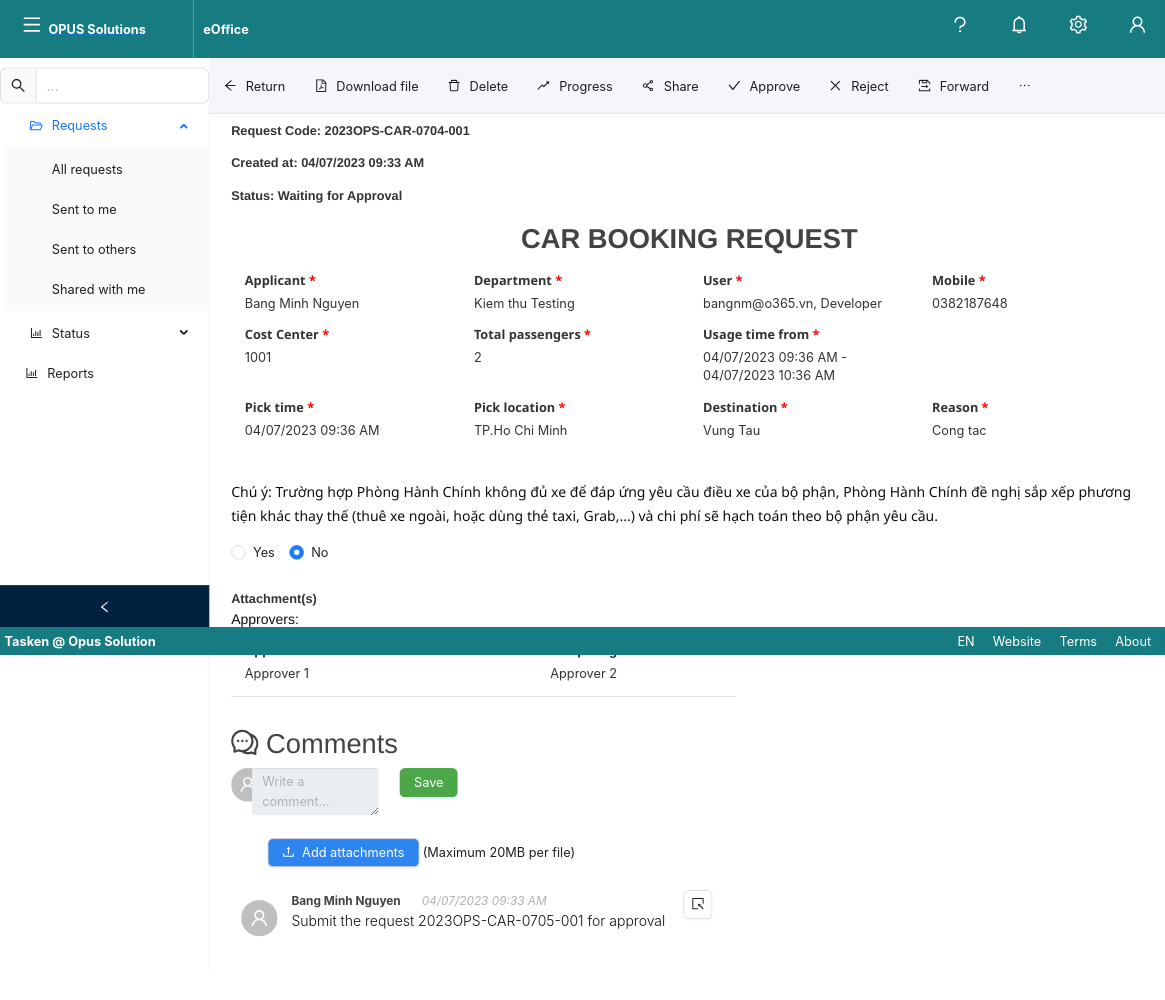
Repository: vannam272008/car-booking
Page: /request/detail
An editor plug-in stored every save of this project. The page is shown before and after the next save, followed by the edit.
The browser window is 1280 px wide. The pictures show the whole page, at 91% of full size.
The project was rebuilt for these pictures with package versions that can differ from the ones it lists, and the page was loaded fresh each time. Also part of the build but not shown: src/Pages/ManageRequest/index.css, src/Pages/ManageRequest/ManageRequest.tsx, src/Components/AddRequest/MenuAdd/index.tsx, src/Components/AddRequest/AddRequest/addRequest.css, src/Components/AddRequest/AddRequest/index.tsx. Imported but missing from the stored project, and not drawn on this page: src/Pages/Home.

Above is the page before, as saved 2023-07-09 22:06:08.

### src/index.tsx
import React from 'react';
import ReactDOM from 'react-dom/client';
import './index.css';
import App from './App';
import reportWebVitals from './reportWebVitals';
import { BrowserRouter } from 'react-router-dom';
import { Provider } from 'react-redux';
import { configureStore } from '@reduxjs/toolkit';
import requestReducer from './Reducers/requestReducer';
import { store } from './Store/store';


const root = ReactDOM.createRoot(
  document.getElementById('root') as HTMLElement
);
root.render(
  <Provider store={store}>
    <React.StrictMode>
      <BrowserRouter>
        <App />
      </BrowserRouter>
    </React.StrictMode>
  </Provider>
);

// If you want to start measuring performance in your app, pass a function
// to log results (for example: reportWebVitals(console.log))
// or send to an analytics endpoint. Learn more: https://bit.ly/CRA-vitals
reportWebVitals();

### src/App.tsx
import { Route, Routes } from 'react-router-dom';
import './App.css';
import Home from './Pages/Home';
import DetailRequest from './Components/DetailRequest/DetailRequest/detailRequest';
import ManageRequest from './Pages/ManageRequest/ManageRequest';
import AddRequest from './Components/AddRequest/AddRequest';


function App() {
  return (
    <Routes>
      <Route path="/" element={<Home />} />
      <Route path="/request/carbooking" element={<ManageRequest />} />
      <Route path="/request/detail" element={<DetailRequest />} />
      <Route path='/request/addrequest' element={<AddRequest />} />
      {/* <Route path="/employee/create" element={<AddEmployee />} />
        <Route path="/department/create" element={<AddDepartment />} /> */}
    </Routes>
  );
}

export default App;

### src/Store/store.ts
import requestReducer from "../Reducers/requestReducer";
import { configureStore, createStore } from "@reduxjs/toolkit";


// export const store = configureStore({
//     reduder: {
//         request: requestReducer
//     }
// });

export const store = createStore(requestReducer);

### src/Reducers/requestReducer.ts
// interface RequestState {
//     requestList: string[]
// }

const initState = {
    requestList: [],
    success: true,
}

const requestReducer = (state = initState, action: { type: any; payload: any }) => {
    switch (action.type) {
        case 'SET_REQUEST_LIST':
            return {
                ...state,
                requestList: action.payload,
                success: false
            }
        default:
            return state
    }
}

export default requestReducer

### src/Components/DetailRequest/Comments/comment.tsx
import { CommentOutlined, UserOutlined, UploadOutlined, SelectOutlined } from '@ant-design/icons';
import { Input, Button, Avatar, Row, Col, Upload, } from 'antd';
import './comment.css'
import { useState } from 'react';

interface CommentItem {
    author: string;
    content: string;
    datetime: string;
    id: string;
}

function Comment(): JSX.Element {

    const [newComment, setNewComment] = useState('');

    const [newReply, setNewReply] = useState('');

    const [showReplyForm, setShowReplyForm] = useState(false);

    const [replyToCommentId, setReplyToCommentId] = useState<string | null>(null);

    const [comments, setComments] = useState<CommentItem[]>([
        {
            author: 'Bang Minh Nguyen',
            content: 'Submit the request 2023OPS-CAR-0705-001 for approval',
            datetime: '04/07/2023 09:33 AM',
            id: '04/07/2023 09:33 AM',
        },
    ]);

    const [replyComments, setReplyComments] = useState<CommentItem[]>([]);

    const handleSaveComment = () => {
        if (newComment) {
            const comment: CommentItem = {
                author: 'Bang Minh Nguyen',
                content: newComment,
                datetime: new Date().toLocaleString(),
                id: new Date().toLocaleString(),
            };
            setShowReplyForm(false);
            setComments([...comments, comment]);
            setNewComment('');
            // setReplyToCommentId(null);
            // console.log(comments);
        }
    };

    const handleSaveReply = () => {
        if (newReply) {
            const replyComment: CommentItem = {
                author: 'Bang Minh Nguyen',
                content: newReply,
                datetime: new Date().toLocaleString(),
                id: new Date().toLocaleString(),
            };
            setShowReplyForm(false);
            setReplyComments([...replyComments, replyComment]);
            setNewReply('');
            setReplyToCommentId(null);
        }
    }

    const handleCancelComment = () => {
        setShowReplyForm(false);
    }

    const handleReplyClick = (commentId: string) => {
        setShowReplyForm(true);
        setReplyToCommentId(commentId);
    };

    return (
        <div className='comments-detail-request'>
            <div className='title-comment'>
                <CommentOutlined className='icon-comment' />
                <span> Comments</span>
            </div>
            {!showReplyForm && (
                <div>
                    <Row className='row-comment-box'>
                        <Col span={1}>
                            <Avatar size={37} icon={<UserOutlined />} className='avatar-comment' />
                        </Col>
                        <Col span={6}>
                            <Input.TextArea
                                className='input-comment'
                                placeholder='Write a comment...'
                                value={newComment}
                                onChange={(e) => setNewComment(e.target.value)}
                            />
                        </Col>
                        <Col span={1}></Col>
                        <Col span={2}>
                            <Button className='btn-comment' type="primary" onClick={handleSaveComment}>Save</Button>
                        </Col>
                    </Row>
                    <Upload className='upload-comment'>
                        <Button icon={<UploadOutlined />} style={{ backgroundColor: 'rgb(47,133,239)', color: 'white' }}>Add attachments</Button>
                        <span> (Maximum 20MB per file)</span>
                    </Upload>
                </div>
            )}

            <div className='comments'>
                {comments.map((comment, index) => (
                    <Row className='comment' key={comment.id}>
                        <Col span={2} className="comment-avatar">
                            <Avatar size={40} icon={<UserOutlined />} />
                        </Col>
                        <Col span={18}>
                            <span className="comment-author">{comment.author}</span>
                            <span className="comment-date">{comment.datetime}</span>
                            <div className="comment-content">{comment.content}</div>
                        </Col>
                        {!showReplyForm && (
                            <Col span={2} className='comment-reply'>
                                <Button icon={<SelectOutlined />} onClick={() => handleReplyClick(comment.id)}></Button>
                            </Col>
                        )}
                        {showReplyForm && replyToCommentId === comment.id && (
                            <div className='reply-comment'>
                                <div className='reply-row'>
                                    <span className="comment-avatar">
                                        <Avatar size={40} icon={<UserOutlined />} />
                                    </span>
                                    <span>
                                        <Input.TextArea
                                            className='input-comment'
                                            placeholder='Write a reply...'
                                            value={newReply}
                                            onChange={(e) => setNewReply(e.target.value)}
                                        />
                                    </span>
                                    <span>
                                        <Button className='btn-comment btn-save' type="primary" onClick={handleSaveReply}>Save</Button>
                                    </span>
                                    <span>
                                        <Button className='btn-comment btn-cancel' type="primary" onClick={handleCancelComment}>Cancel</Button>
                                    </span>
                                </div>
                                <div className='reply-upload-comment'>
                                    <Upload className='upload-comment'>
                                        <Button icon={<UploadOutlined />} style={{ backgroundColor: 'rgb(47,133,239)', color: 'white' }}>Add attachments</Button>
                                        <span> (Maximum 20MB per file)</span>
                                    </Upload>
                                </div>
                            </div>
                        )}
                        <div>
                            {replyComments.map((replyComment, index) => (
                                <Row className='reply-comment-row' key={replyComment.id}>
                                    <Col span={2} className="comment-avatar">
                                        <Avatar size={40} icon={<UserOutlined />} />
                                    </Col>
                                    <Col span={15}>
                                        <span className="comment-author">{replyComment.author}</span>
                                        <span className="comment-date">{replyComment.datetime}</span>
                                        <div className="comment-content">{replyComment.content}</div>
                                    </Col>
                                </Row>
                            ))}
                        </div>
                    </Row>
                ))}
            </div>
        </div >
    );
}

export default Comment;

### src/Components/DetailRequest/Menu/menu.tsx
import React from 'react';
import { Menu } from 'antd';
import './menu.css'
import {
    ArrowLeftOutlined,
    FilePdfOutlined,
    DeleteOutlined,
    RiseOutlined,
    ShareAltOutlined,
    CheckOutlined,
    CloseOutlined,
    DeliveredProcedureOutlined,
    EllipsisOutlined
} from '@ant-design/icons';

function MenuRequest(): JSX.Element {
    return (
        <div>
            <Menu mode="horizontal" className='fixed-menu'>
                <Menu.Item key="return" icon={<ArrowLeftOutlined />}>
                    Return
                </Menu.Item>
                <Menu.Item key="download" icon={<FilePdfOutlined />}>
                    Download file
                </Menu.Item>
                <Menu.Item key="delete" icon={<DeleteOutlined />}>
                    Delete
                </Menu.Item>
                <Menu.Item key="progress" icon={<RiseOutlined />}>
                    Progress
                </Menu.Item>
                <Menu.Item key="share" icon={<ShareAltOutlined />}>
                    Share
                </Menu.Item>
                <Menu.Item key="approve" icon={<CheckOutlined />}>
                    Approve
                </Menu.Item>
                <Menu.Item key="reject" icon={<CloseOutlined />}>
                    Reject
                </Menu.Item>
                <Menu.Item key="forward" icon={<DeliveredProcedureOutlined />}>
                    Forward
                </Menu.Item>
                <Menu.Item key="ellipsis" icon={<EllipsisOutlined />}>
                </Menu.Item>
            </Menu>
        </div>
    );
}

export default MenuRequest;

### src/Components/RequestLayout/index.jsx
import React, { useState } from 'react';
import { LaptopOutlined, NotificationOutlined, UserOutlined } from '@ant-design/icons';
import { Layout, theme } from 'antd';
import AppHeader from '../../Components/AppHeader';
import AppSider from '../../Components/AppSider';
import AppFooter from '../../Components/AppFooter';

import "./RequestLayout.scss";

const { Content } = Layout;

const RequestLayout = ({ profile, children }) => {
    const {
        token: { colorBgContainer },
    } = theme.useToken();

    return (
        <div className='manage-request'>
            <AppHeader />
            <Content>
                <Layout style={{ padding: '24px 0', backgroundColor: colorBgContainer }}>
                    <AppSider profile={profile} />
                    <Layout style={{ padding: '24px 0px',backgroundColor: colorBgContainer}}>
                        <Content style={{ padding: '0 24px', minHeight: 280 }}>
                            {children()}
                        </Content>
                    </Layout>
                </Layout>
            </Content>
            <AppFooter />
        </div>


    );
};

export default RequestLayout;

### src/Components/DetailRequest/DetailRequest/detailRequest.css
*{
    box-sizing: border-box;
  }
  .required {
    color: red;
  }
  .page-detail-request{
    min-height: calc(100vh - 83px);
    transition: all 0.3s;
    background-color: #ffffff;
    font-family: "Helvetica Neue",Helvetica,Arial,sans-serif;
    font-size: 14px;
    line-height: 1.42857143;
    color: #333;
    background-color: #fff;
  }

  .info-detail-request{
    margin-top: 85px;
    margin-right: -20px;
    padding-right: 15px;
  }

  .info-basic-detail-request p{
    width: 100%;
    font-weight: 700;
  }

  .title-detail-request{
    color: #434343;
    text-align: center;
    font-size: 30px;
    margin-top: 20px;
    margin-bottom: 20px;
    font-family: inherit;
    font-weight: 500;
    line-height: 1.1;
    font-weight: 700;
  }

  .content-detail-request{
    font-family: "Segoe UI";
    font-size: 14px;
    line-height: 1.42857143;
  }

  .col-detail-request{
    margin-bottom: 15px;
    position: relative;
    min-height: 1px;
    padding-right: 15px;
    padding-left: 15px;
  }

  .col-detail-request label{
    display: inline-block;
    max-width: 100%;
    margin-bottom: 5px;
    font-weight: 700;
    cursor: default;
    font-family: "Segoe UI";
  }
  .attention-detail-request{
    margin-top: 30px;
    margin-bottom: 30px;
    font-family: "Segoe UI";
  }

  .attention-detail-request  p{
    font-size: 1.1em;
    font-weight: 300;
    line-height: 1.7em;
    color: #130e0e;
  }

  .list-approvers p{
    font-size: 1.1em;
    font-weight: 300;
    line-height: 1.7em;
    color: #130e0e;
    margin: 0 0 10px;
  }

  .approver{
    margin-bottom: 15px;
    position: relative;
    min-height: 1px;
    padding-right: 15px;
    padding-left: 15px;
  }

  .approver  label{
    display: inline-block;
    max-width: 100%;
    margin-bottom: 5px;
    font-weight: 700;
    cursor: default;
  }

### src/Components/DetailRequest/Comments/comment.css
.comments-detail-request{
    max-width: 555px;
    padding: 15px 0;
    border-top: 1px solid #DDDDDD;
}
.title-comment{
    color: #434343 !important;
    font-size: 30px;
    margin-top: 20px;
    margin-bottom: 10px;
    font-family: inherit;
    font-weight: 500;
    line-height: 1.1;
}
.row-comment-box{
    margin-bottom: 25px;
}
.input-comment{
    width: 100%;
    border: none;
    background: #EBEEF0;
    font-size: 14px;
    line-height: 1.42857143;
    color: #555;
    border-radius: 4px;
    box-shadow: inset 0 1px 1px rgba(0,0,0,.075);
}
.btn-comment{
    background-color: rgb(75,167,71);
    color: white;
}
.upload-comment{
    padding-left: 40px;
}
.reply-upload-comment{
    margin-top: 15px;
}
.comments{
    margin-top: 25px;
}
.comment-avatar{
    float: left;
    width: 40px;
    padding: 1px;
    margin-top: 10px;
    margin-right: 10px;
    margin-left: 10px;
}
.comment-reply{
    width: 65px;
    text-align: right;
}
.comment-content{
    font-size: 1.1em;
    font-weight: 300;
    line-height: 1.7em;
    color: #130e0e;
    margin: 0 0 10px;
}
.comment-author{
    font-weight: 700;
    margin-right: 8px;
    color: #434343;
    font-size: 13px;
    line-height: 1.7em;
}
.comment-date{
    font-size: 13px;
    margin-left: 15px;
    color: #b4afb2;
    font-style: italic;
}
.reply-comment{
    width: 100%;
    border-top: 1px solid #DDDDDD;
    margin-left: 50px;
    padding: 15px 0;

}
.reply-row{
    width: 100%;
    margin-top: 15px;
    padding-bottom: 0;
    display: flex;
    flex-wrap: wrap;
}
.btn-cancel{
    border: 1px solid transparent;
    border-radius: 4px;
    font-size: 14px;
    font-weight: 400;
    line-height: 1.42857143;
    text-align: center;
    background-color: #f0ad4e;
    margin-left: 15px;
    color: #ffffff;
    padding: 4px 12px;
    height: 30px;
}
.btn-save{
    margin-left: 15px;
}
.reply-comment-row{
    margin-left: 50px;
    padding: 15px 0;
    border-top: 1px solid #DDDDDD;
    min-width: 444px;
}

### src/Components/DetailRequest/Menu/menu.css
.fixed-menu {
    position: fixed;
    top: 64px;
    width: 100%;
    z-index: 999;
    border-bottom: 1px solid #e1e1e1;
    border-top-left-radius: 0;
    background-color: rgb(245,246,250);
    min-height: 61px;
    display: flex;
    align-items: center;
    flex-wrap: wrap;
    margin-left: -24px;
}

.fixed-menu .Menu.Item {
    white-space: nowrap;
    margin: 0 10px;
    color: #8894A1;
    font-weight: 500;
    text-decoration: none;
    outline: none;
    transition: all 0.3s;
    cursor: pointer;
    background-color: transparent;
}

### src/Components/AppSider/index.tsx
import React, { useState } from 'react';
import type { MenuProps } from 'antd';
import { Layout, Menu, theme, Space } from 'antd';
import { Input } from 'antd';

import { FolderOpenOutlined, BarChartOutlined, SearchOutlined, SettingOutlined } from '@ant-design/icons';
import "./AppSider.scss";



const { Sider } = Layout;

type MenuItem = Required<MenuProps>['items'][number];

function getItem(
    label: React.ReactNode,
    key: React.Key,
    icon?: React.ReactNode,
    children?: MenuItem[],
    type?: 'group',
): MenuItem {
    return {
        key,
        icon,
        children,
        label,
        type,
    } as MenuItem;
}



const AppSider = (props: any) => {

    const items: MenuProps['items'] = [
        getItem('Requests', 'requests', <FolderOpenOutlined />, [
            getItem('All requests', 'all-request'),
            getItem('Sent to me', 'sent-to-me'),
            getItem('Sent to others', 'sent-to-others'),
            getItem('Shared with me', 'shared-with-me'),
        ]),

        getItem('Status', 'status', <BarChartOutlined />, [
            getItem('Draft', 'draft'),
            getItem('Approving', 'approving'),
            getItem('Approved', 'approved'),
            getItem('Rejected', 'rejected'),
        ]),

        getItem('Reports', 'reports', <BarChartOutlined />),

    ];

    const profileItems: MenuProps['items'] = [

        getItem('Setting', 'setting', <SettingOutlined />),

    ];

    const [openItem, setOpenItem] = useState('requests');

    const handleClick: MenuProps['onClick'] = (e) => {
        console.log('click ', e);
    };
    const [collapsed, setCollapsed] = useState(false);
    const {
        token: { colorBgContainer },
    } = theme.useToken();
    return (
        <Sider collapsible collapsed={collapsed} onCollapse={(value) => setCollapsed(value)} style={{ background: colorBgContainer }} width={230}>
            <Space.Compact size="large">
                <Input addonBefore={<SearchOutlined />} placeholder="..." />
            </Space.Compact>
            <Menu
                mode="inline"
                defaultSelectedKeys={[openItem]}
                defaultOpenKeys={['requests']}
                openKeys={[openItem]}
                style={{ height: '100%' }}
                items={props.profile ? profileItems : items}
                onClick={handleClick}
                onOpenChange={(openKey) => {
                    setOpenItem(openKey[1])
                }}
            />
        </Sider>


    )
}

export default AppSider;

### src/Components/AppFooter/index.tsx
import { Layout } from 'antd';
import "./AppFooter.scss";

const { Footer } = Layout

const AppFooter = () => {
    return (
        <Footer className='mcs-footer'>
            <div>
                <span className='footer-left'><b>Tasken @ Opus Solution</b></span>
                <div className='footer-right'>
                    <span>EN</span>
                    <span>Website</span>
                    <span>Terms</span>
                    <span>About</span>
                </div>
            </div>

        </Footer>)
}

export default AppFooter;

### src/Components/AppSider/AppSider.scss
.ant-layout {
        & li {
                padding-left: 5px;
        }

        & .ant-layout-sider {
                position: sticky;
                left: 0;
                margin-top: 50px;



        }

        & .ant-layout-sider-children {}

        & .ant-layout-sider-trigger {
                margin-bottom: 29px;
        }
}

### src/Components/AppFooter/AppFooter.scss
.mcs-footer {
    background-color: #167c82;
    color: #fff;
    position: fixed;
    width: 100%;
    bottom: 0;
    padding: 5px;

    & .footer-left {
        float: left;
    }

    & .footer-right {
        float: right;

        & span {
            padding-left: 10px;
            padding-right: 10px;
        }
    }
}

Loaded but not shown: public/index.html (common file); src/index.css (common file); src/reportWebVitals.ts (common file); src/App.css (common file); src/Components/AppHeader/index.tsx (200 lines, source omitted); src/Components/DetailRequest/DetailRequest/detailRequest.tsx (143 lines, source omitted); src/Components/AppHeader/AppHeader.scss (220 lines, source omitted); src/Components/AddRequest/MenuAdd/menuAdd.css (no stored copy; drawn as an empty file); src/Components/RequestLayout/RequestLayout.scss (no stored copy; drawn as an empty file)

After the next save:
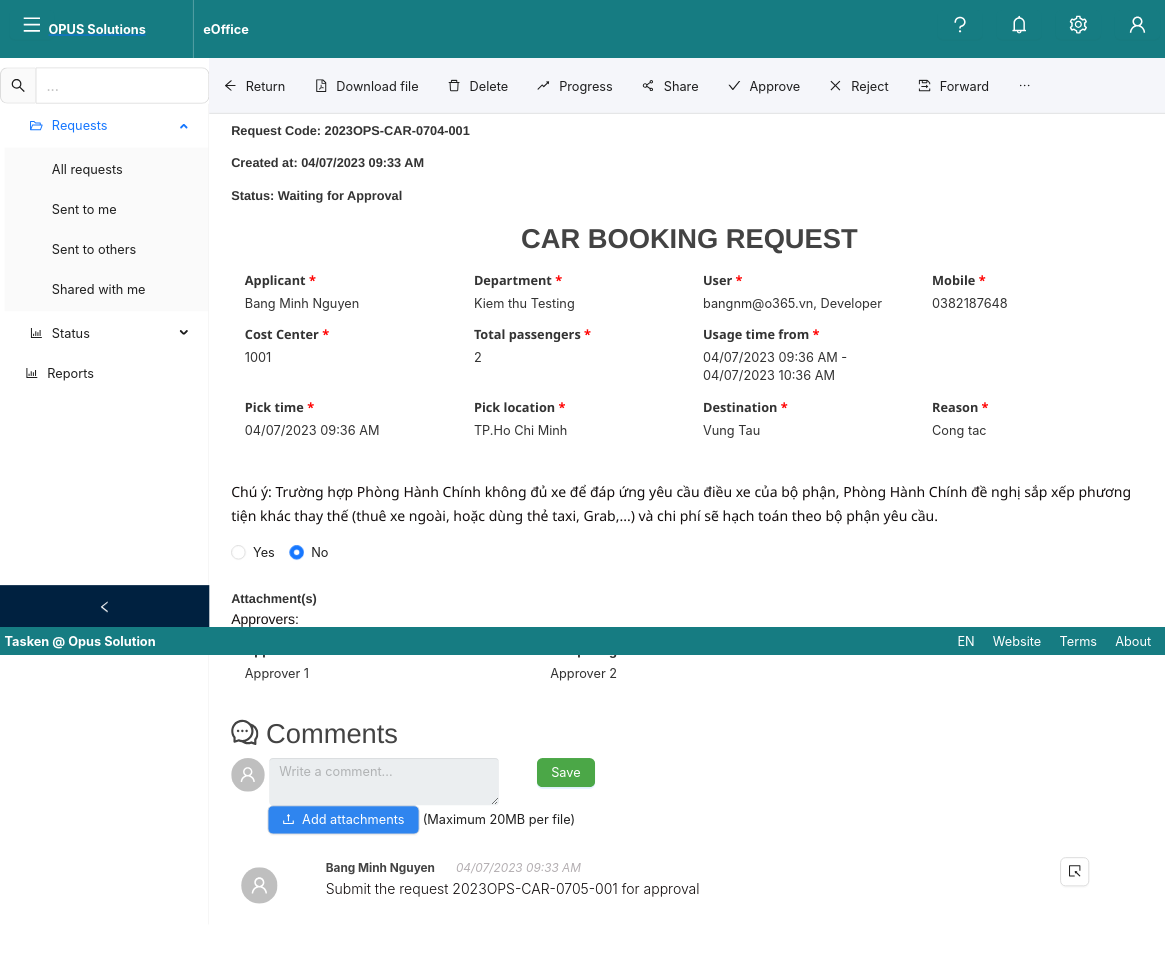
Saved 28 s later.
--- a/src/Components/DetailRequest/Comments/comment.tsx
+++ b/src/Components/DetailRequest/Comments/comment.tsx
@@ -72,14 +72,14 @@ function Comment(): JSX.Element {
     };
 
     return (
-        <div className='comments-detail-request'>
+        <div className='comments'>
             <div className='title-comment'>
                 <CommentOutlined className='icon-comment' />
                 <span> Comments</span>
             </div>
             {!showReplyForm && (
                 <div>
-                    <Row className='row-comment-box'>
+                    <Row className='row-comment'>
                         <Col span={1}>
                             <Avatar size={37} icon={<UserOutlined />} className='avatar-comment' />
                         </Col>
